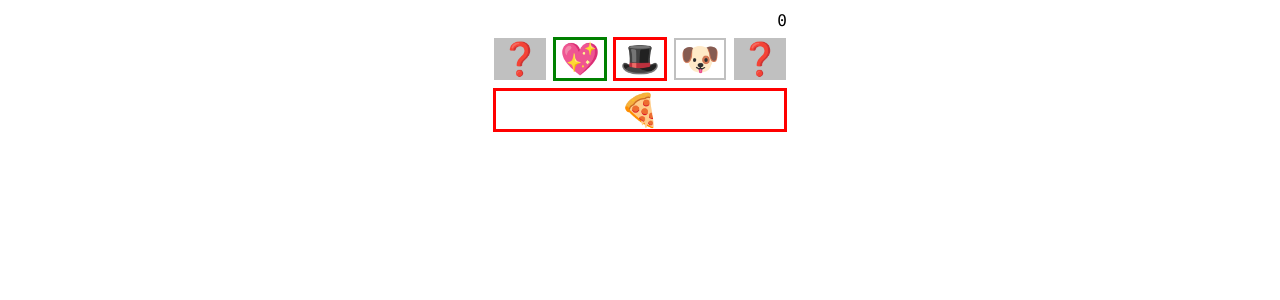
Repository: Fabezio/memory-ocr
Page: /
An editor plug-in stored every save of this project. The page is shown before and after the next save, followed by the edit.
The browser window is 1280 px wide. The pictures show the whole page.
The project was rebuilt for these pictures with package versions that can differ from the ones it lists, and the page was loaded fresh each time.

Above is the page before, as saved 2021-04-22 20:42:40.

After the next save:
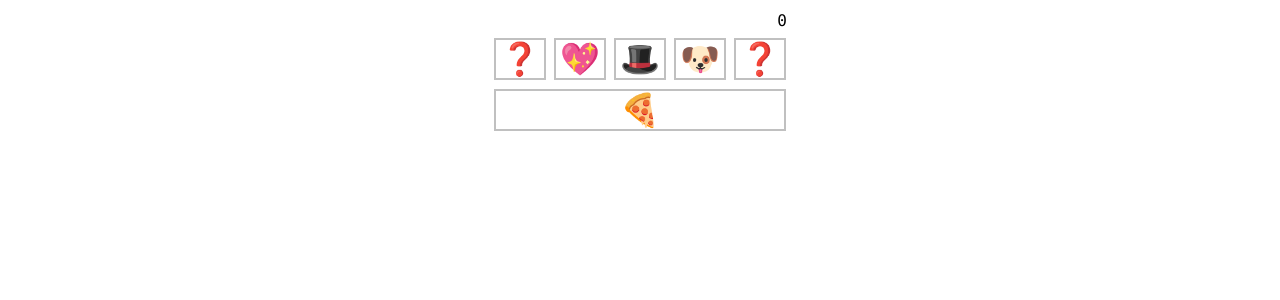
Saved 5 min 19 s later.
--- a/src/Card.js
+++ b/src/Card.js
@@ -4,9 +4,9 @@
 
 const HIDDEN_SYMBOL = '❓'
 
-const Card = ({ card, feedback }) => {
+const Card = ({ card, feedback, onClick }) => {
   return (
-    <div className={`card ${feedback}`}>
+    <div className={`card `} onClick={() => onClick(card)}>
       <span className='symbol'>
         {feedback === 'hidden' ? HIDDEN_SYMBOL : card}
       </span>

After the save that followed:
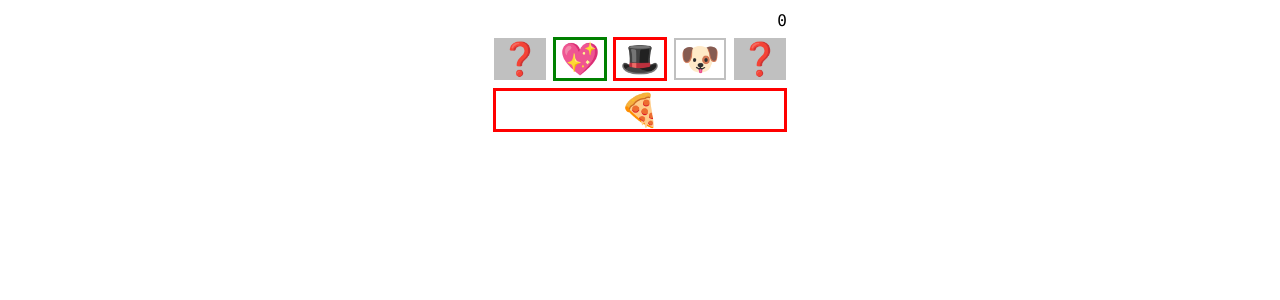
Saved 14 s later.
--- a/src/Card.js
+++ b/src/Card.js
@@ -6,7 +6,7 @@
 
 const Card = ({ card, feedback, onClick }) => {
   return (
-    <div className={`card `} onClick={() => onClick(card)}>
+    <div className={`card ${feedback}`} onClick={() => onClick(card)}>
       <span className='symbol'>
         {feedback === 'hidden' ? HIDDEN_SYMBOL : card}
       </span>
